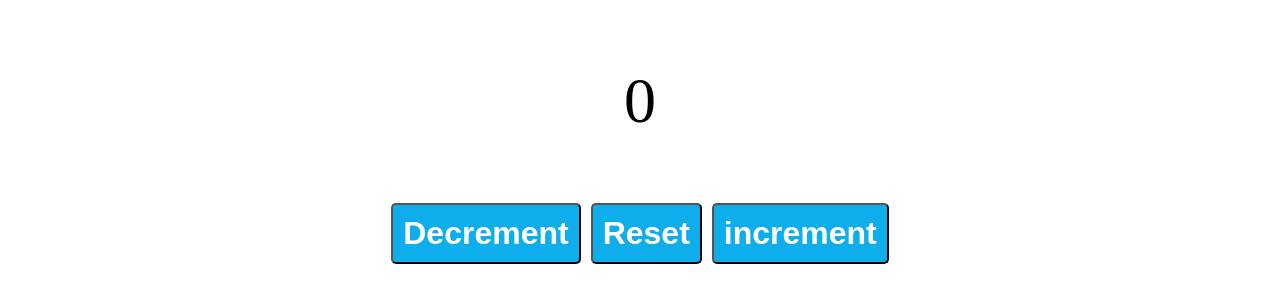
Repository: wakoya-tech/my-react-practice
Page: /
An editor plug-in stored every save of this project. The page is shown before and after the next save, followed by the edit.
The browser window is 1280 px wide. The pictures show the whole page.
The project was rebuilt for these pictures with package versions that can differ from the ones it lists, and the page was loaded fresh each time. Also part of the build but not shown: vite.config.js.

Above is the page before, as saved 2025-10-02 11:47:38.

After the next save:
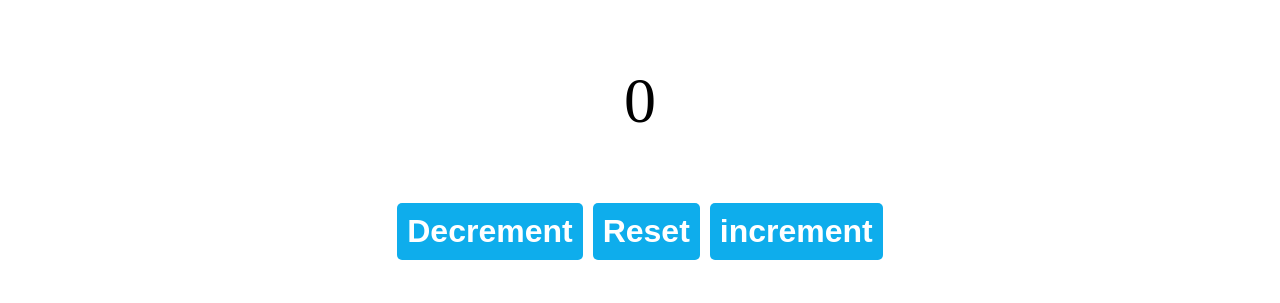
Saved 12 s later.
--- a/src/index.css
+++ b/src/index.css
@@ -9,6 +9,7 @@ Button{
   padding: 10px;
   font-weight: bold;
   cursor: pointer;
+  border: none;
 
 }
 .button{
